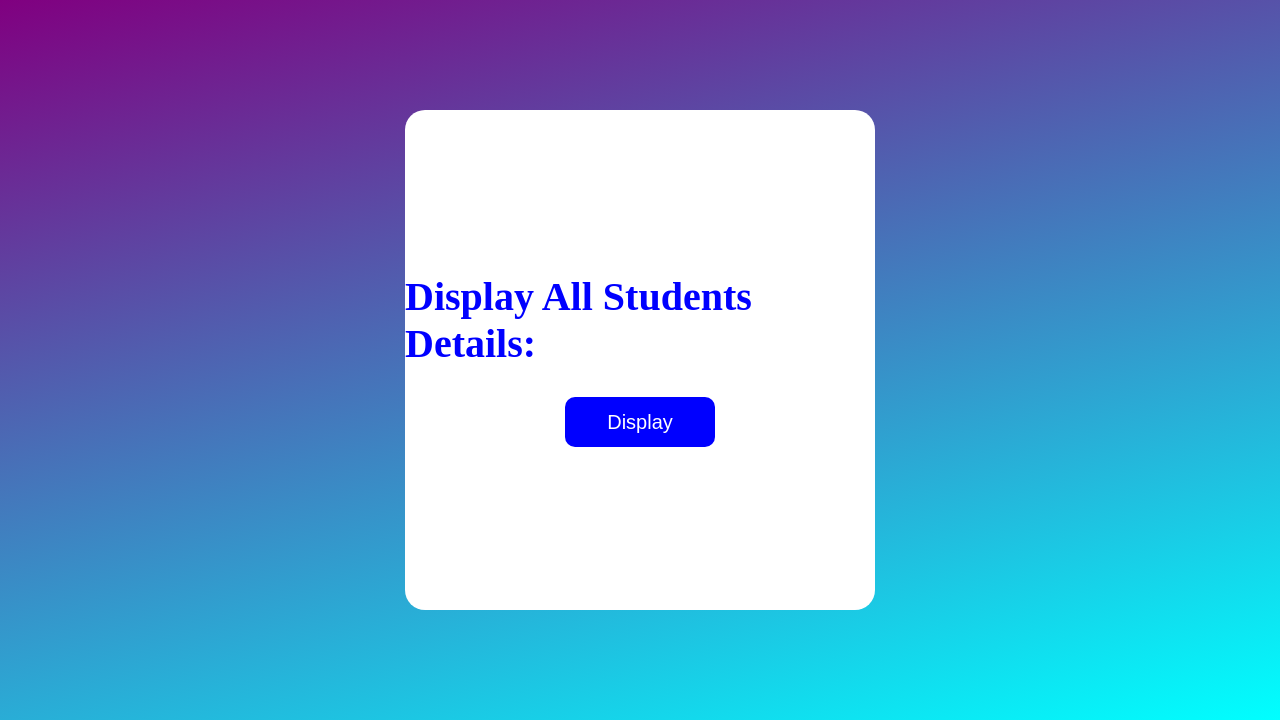
Repository: Dhirajkumar02/Advance-Java--J2EE-
Page: http://localhost/ServletProject_Student-Management-System/DisplayStudent.jsp
The author's editor kept a copy of each file at every save. The page is drawn from the files as they stood at one save, then again after the next save.
The browser window is 1280 px wide. The pictures show the whole page.
The page is served by Tomcat 9. Other server files are loaded and not shown.

Above is the page before, as saved 2024-11-16 18:19:04.

### ServletProject_Student-Management-System/src/main/webapp/DisplayStudent.jsp
<%@ page language="java" contentType="text/html; charset=UTF-8"
	pageEncoding="UTF-8"%>
<!DOCTYPE html>
<html>
<head>
<meta charset="UTF-8">
<title>Student Details Page</title>

<style>
*{
box-sizing: border-box;
margin: 0;
padding: 0;
}
body{
height: 100vh;
display: flex;
justify-content: center;
align-items: center;
background: linear-gradient(165deg, purple, aqua);
}
form {
/*   border: 2px solid black; */
  background: #fff;
  height: 500px;
  width: 470px;
  display: flex;
  justify-content: center;
  align-items: center;
  flex-direction: column;
  gap: 30px;
  border-radius: 20px;
}

h1 {
  font-size: 40px;
  color: blue;
}
input {
  height: 50px;
  width: 250px;
  padding-left: 10px;
  font-size: 20px;
  border-radius: 10px;
}
#display_btn {
  height: 50px;
  width: 150px;
  background-color: blue;
  color: #fff;
  border: none;
  font-size: 20px;
  border-radius: 10px;
  cursor: pointer;
}
</style>
</head>
<body>
	<form action="display-student" method="get">
<div>
<h1>Display All Students Details:</h1>
</div>

<div>
<button type="submit" id="display_btn" value="Display">Display</button>
</div>

</form>
</body>
</html>

After the next save:
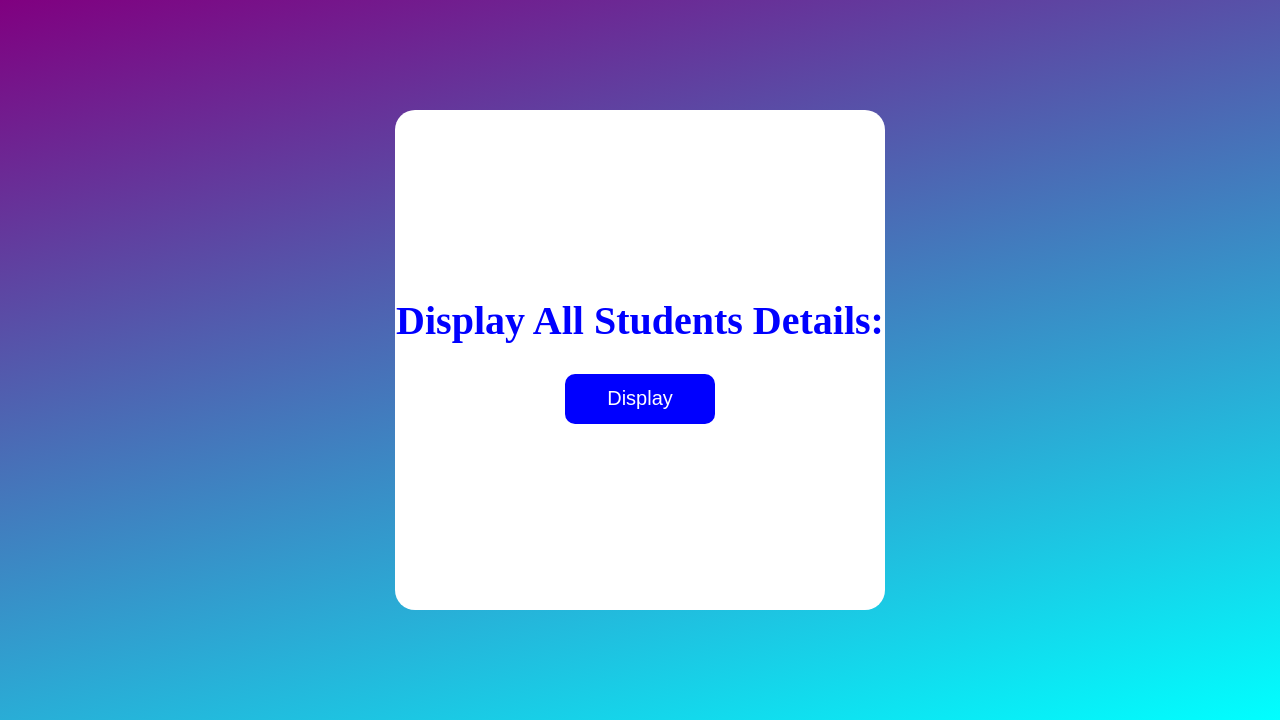
Saved 25 s later.
--- a/ServletProject_Student-Management-System/src/main/webapp/DisplayStudent.jsp
+++ b/ServletProject_Student-Management-System/src/main/webapp/DisplayStudent.jsp
@@ -23,7 +23,7 @@ form {
 /*   border: 2px solid black; */
   background: #fff;
   height: 500px;
-  width: 470px;
+  width: 490px;
   display: flex;
   justify-content: center;
   align-items: center;
